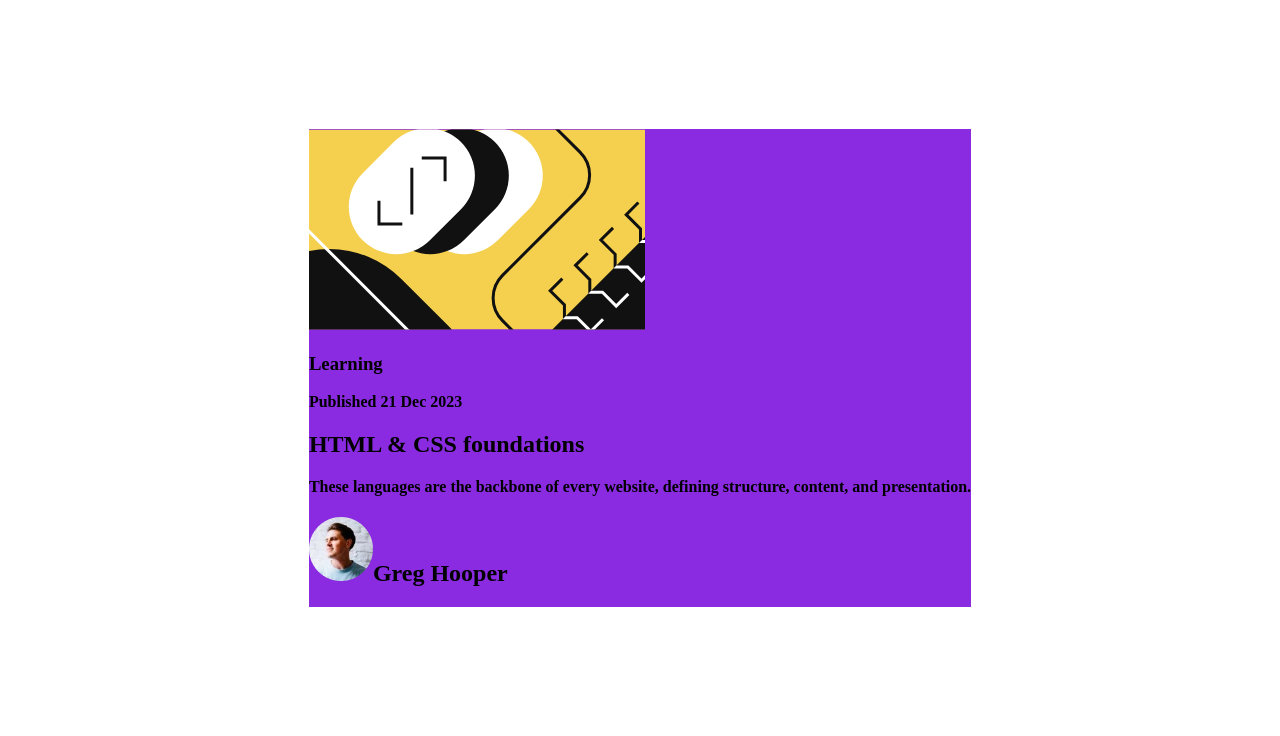
Repository: reemoon-ctrl/blog-preview-card
Page: index.html
These files come from the project's save history. The page is drawn as it stood at one moment and after a run of saves; the edit follows.
The browser window is 1280 px wide. The pictures show the whole page.

Above is the page before, as saved 2024-07-19 13:46:00.

After the next 4 saves:
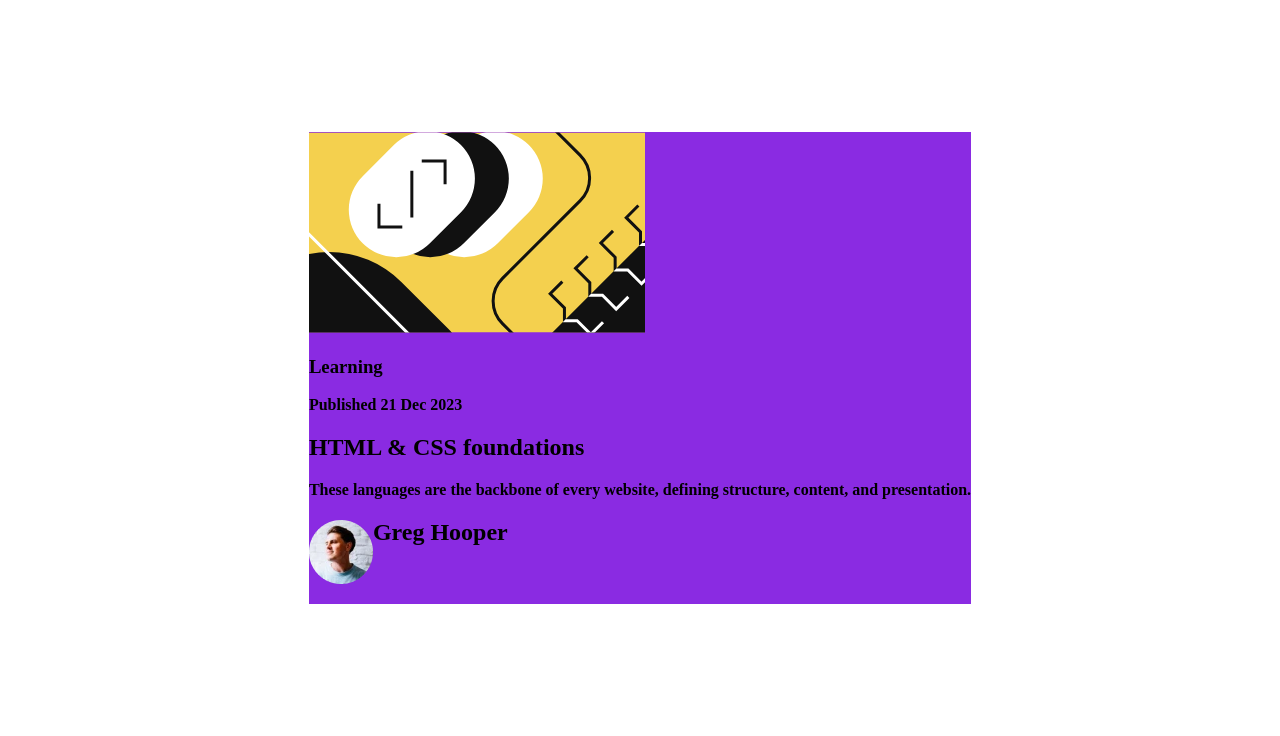
The 4 saves are shown as one change because they came seconds apart.
The last was saved 22 s later.
--- a/index.css
+++ b/index.css
@@ -34,7 +34,6 @@
 }
 
 .blog-author{
-    display: float;
-
+    display: flex;
 
 }
